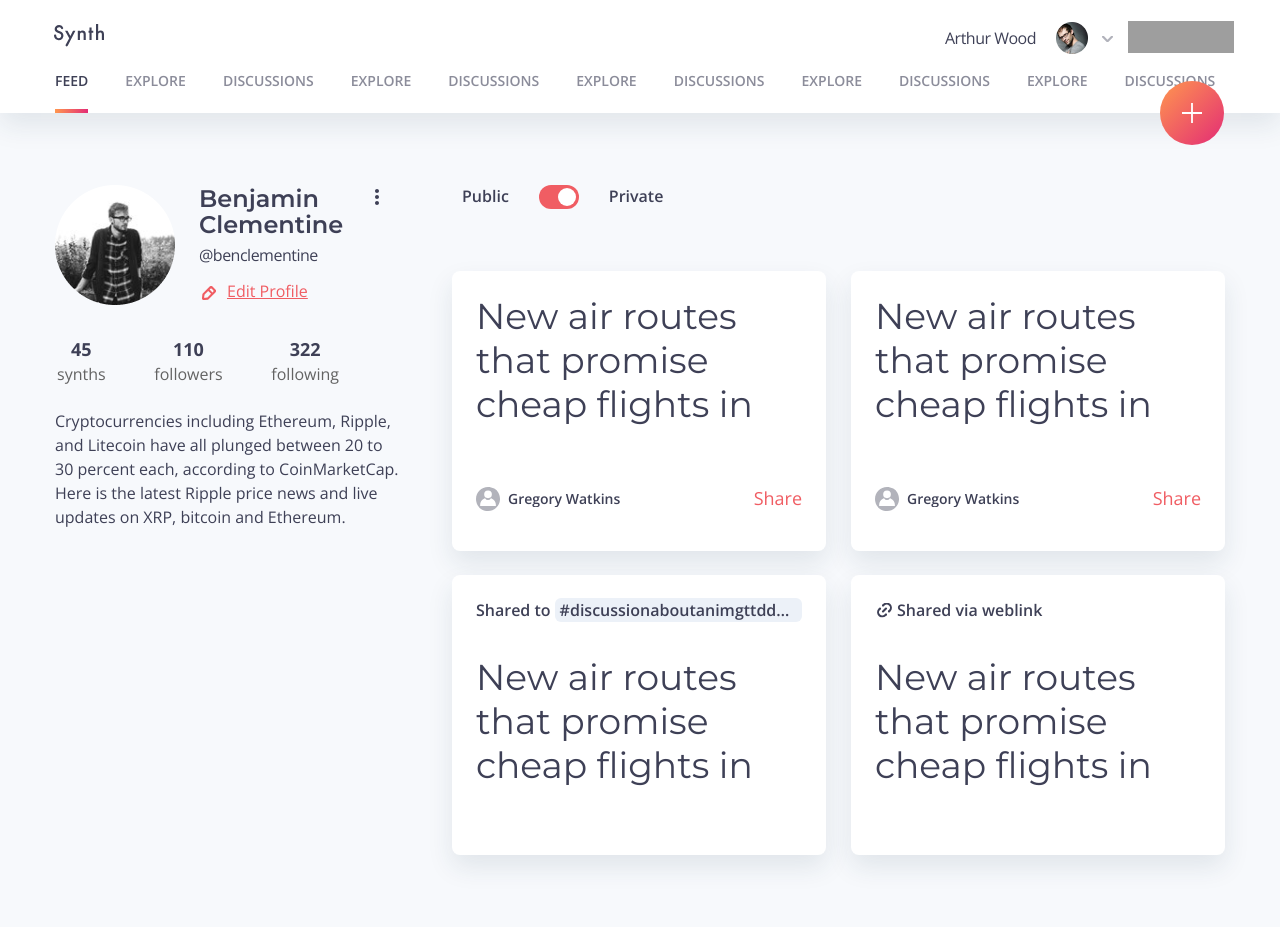
Repository: ecspetra/swivl-test-task
Page: index.html
An editor plug-in stored every save of this project. The page is shown before and after the next save, followed by the edit.
The browser window is 1280 px wide. The pictures show the whole page.
Pictures or frames that could not be fetched are drawn as grey boxes. The style sheet was rebuilt from its Sass, Less or Tailwind sources for each picture, by a compiler version that may differ from the author's.

Above is the page before, as saved 2021-12-11 11:10:08.

### index.html
<!DOCTYPE html>
<html lang="en">

<head>
    <meta charset="UTF-8">
    <meta http-equiv="X-UA-Compatible" content="IE=edge">
    <meta name="viewport" content="width=device-width, initial-scale=1.0">
    <link rel="stylesheet" href="css/style.css">
    <link rel="preconnect" href="https://fonts.googleapis.com">
    <link rel="preconnect" href="https://fonts.gstatic.com" crossorigin>
    <link
        href="https://fonts.googleapis.com/css2?family=Montserrat:wght@400;600&family=Open+Sans:wght@400;600;700&display=swap"
        rel="stylesheet">
    <script src="https://code.jquery.com/jquery-3.6.0.min.js"
        integrity="sha256-/xUj+3OJU5yExlq6GSYGSHk7tPXikynS7ogEvDej/m4=" crossorigin="anonymous"></script>
    <title>Synth User Profile</title>
</head>

<body>
    <header>
        <div class="header">
            <div class="header__logo-wrapper">
                <img class="header__logo" src="img/synth-logotype.svg" alt="synth-logotype">
            </div>
            <div class="header__profile">
                <div class="header__user">
                    <p class="header__username">Arthur Wood</p>
                    <div class="header__avatar-wrapper">
                        <img class="header__avatar" src="img/header-avatar.png" alt="avatar">
                    </div>
                </div>
                <div class="header__icons">
                    <div class="header__icon-wrapper">
                        <img class="header__notifications-icon" src="img/notifications.svg" alt="notifications">
                    </div>
                    <div class="header__icon-wrapper">
                        <img class="header__share-icon" src="img/share.svg" alt="share">
                    </div>
                    <div class="header__icon-wrapper">
                        <img class="header__medium-icon" src="img/medium.svg" alt="medium">
                    </div>
                </div>
            </div>
            <div class="header__btn-wrapper">
                <button class="header__btn">
                    <img class="header__plus-icon" src="img/plus-icon.svg" alt="plus-btn">
                </button>
            </div>
        </div>
        <div class="header__navigation-wrapper">
            <nav class="header__navigation">
                <ul class="navigation-list">
                    <li><a href="#" class="navigation-list__item navigation-list__item__active">Feed</a></li>
                    <li><a href="#" class="navigation-list__item">Explore</a></li>
                    <li><a href="#" class="navigation-list__item">Discussions</a></li>
                    <li><a href="#" class="navigation-list__item">Explore</a></li>
                    <li><a href="#" class="navigation-list__item">Discussions</a></li>
                    <li><a href="#" class="navigation-list__item">Explore</a></li>
                    <li><a href="#" class="navigation-list__item">Discussions</a></li>
                    <li><a href="#" class="navigation-list__item">Explore</a></li>
                    <li><a href="#" class="navigation-list__item">Discussions</a></li>
                    <li><a href="#" class="navigation-list__item">Explore</a></li>
                    <li><a href="#" class="navigation-list__item">Discussions</a></li>
                </ul>
            </nav>
        </div>
    </header>
    <main>
        <section>
            <div class="profile">
                <div class="profile__user-details">
                    <div class="profile__general">
                        <div class="profile__avatar-wrapper">
                            <img class="profile__avatar" src="img/profile-avatar.png" alt="avatar">
                        </div>
                        <div class="profile__name-wrapper">
                            <h2 class="profile__name">Benjamin Clementine</h2>
                            <div class="profile__dots-wrapper">
                                <img class="profile__dots" src="img/dots.svg" alt="show-actions">
                                <div class="profile__dots-content-wrapper">
                                    <div class="profile__dots-content">
                                        <ul class="profile__dots-options-list">
                                            <li class="profile__dots-option-wrapper"><a class="profile__dots-option"
                                                    id="report-user" href="#">Report User</a></li>
                                            <li class="profile__dots-option-wrapper"><a class="profile__dots-option"
                                                    id="block-user" href="#">Block User</a></li>
                                        </ul>
                                    </div>
                                </div>

                            </div>
                        </div>
                        <p class="profile__instagram">@benclementine</p>
                        <div class="profile__edit-btn-wrapper">
                            <a class="profile__edit-btn" href="#">Edit Profile</a>
                        </div>
                    </div>
                    <div class="profile__statistics">
                        <p class="profile__synths"><span>45</span><br>synths</p>
                        <p class="profile__followers"><span>110</span><br>followers</p>
                        <p class="profile__following"><span>322</span><br>following</p>
                    </div>
                    <p class="profile__description">Cryptocurrencies including Ethereum, Ripple, and Litecoin have all
                        plunged between 20 to 30 percent each, according to CoinMarketCap. Here is the latest Ripple
                        price news and live updates on XRP, bitcoin and Ethereum.</p>
                </div>
                <div class="profile__switcher-wrapper">
                    <div class="profile__switcher">
                        <p class="profile__switcher-option off-option">Public</p>
                        <div class="switcher">
                            <label class="switcher__label">
                                <input class="switcher__checkbox" type="checkbox" checked>
                                <span class="switcher__slider"></span>
                            </label>
                        </div>
                        <p class="profile__switcher-option on-option">Private</p>
                    </div>
                </div>
                <div class="profile__cards-wrapper">
                    <article class="profile-card">
                        <h1 class="profile-card__headline">New air routes that promise cheap flights in</h1>
                        <div class="profile-card__bottom">
                            <div class="profile-card__author-wrapper">
                                <div class="profile-card__author-photo">
                                    <img class="profile-card__author" src="img/user-default.svg" alt="author">
                                </div>
                                <a class="profile-card__author-name" href="#">Gregory Watkins</a>
                            </div>
                            <div class="profile-card__actions-wrapper">
                                <div class="profile-card__share-wrapper">
                                    <a class="profile-card__share-link" href="#">Share</a>
                                </div>
                            </div>
                        </div>
                    </article>
                    <article class="profile-card">
                        <h1 class="profile-card__headline">New air routes that promise cheap flights in</h1>
                        <div class="profile-card__bottom">
                            <div class="profile-card__author-wrapper">
                                <div class="profile-card__author-photo">
                                    <img class="profile-card__author" src="img/user-default.svg" alt="author">
                                </div>
                                <a class="profile-card__author-name" href="#">Gregory Watkins</a>
                            </div>
                            <div class="profile-card__actions-wrapper">
                                <div class="profile-card__share-wrapper">
                                    <a class="profile-card__share-link" href="#">Share</a>
                                </div>
                            </div>
                        </div>
                    </article>
                    <article class="profile-card">
                        <p class="profile-card__top">Shared to <span>#discussionaboutanimgttddddddd</span></p>
                        <h1 class="profile-card__headline">New air routes that promise cheap flights in</h1>
                        <!-- <div class="profile-card__bottom">
                            <div class="profile-card__author-wrapper">
                                <div class="profile-card__author-photo">
                                    <img class="profile-card__author" src="img/user-default.svg" alt="author">
                                </div>
                                <a class="profile-card__author-name" href="#">Gregory Watkins</a>
                            </div>
                            <div class="profile-card__actions-wrapper">
                                <div class="profile-card__icon-wrapper">
                                    <img class="profile-card__icon" src="img/icon_view.svg" alt="view-icon">
                                    <p class="profile-card__icon-counter">88</p>
                                </div>
                                <div class="profile-card__icon-wrapper">
                                    <img class="profile-card__icon" src="img/icon-like.svg" alt="like-icon">
                                    <p class="profile-card__icon-counter">24</p>
                                </div>
                            </div>
                        </div> -->
                    </article>
                    <article class="profile-card">
                        <p class="profile-card__top weblink-shared">Shared via weblink</p>
                        <h1 class="profile-card__headline">New air routes that promise cheap flights in</h1>
                        <!-- <div class="profile-card__bottom">
                            <div class="profile-card__author-wrapper">
                                <div class="profile-card__author-photo">
                                    <img class="profile-card__author" src="img/user-default.svg" alt="author">
                                </div>
                                <a class="profile-card__author-name" href="#">Gregory Watkins</a>
                            </div>
                            <div class="profile-card__actions-wrapper">
                                <div class="profile-card__icon-wrapper">
                                    <img class="profile-card__icon" src="img/icon_view.svg" alt="view-icon">
                                    <p class="profile-card__icon-counter">88</p>
                                </div>
                                <div class="profile-card__icon-wrapper">
                                    <img class="profile-card__icon" src="img/icon-like.svg" alt="like-icon">
                                    <p class="profile-card__icon-counter">24</p>
                                </div>
                            </div>
                        </div> -->
                    </article>
                </div>
            </div>
        </section>
    </main>

    <script src="js/script.js"></script>
</body>

</html>

Loaded but not shown: js/script.js (13 lines, source omitted); scss/style.scss (864 lines, source omitted)

After the next save:
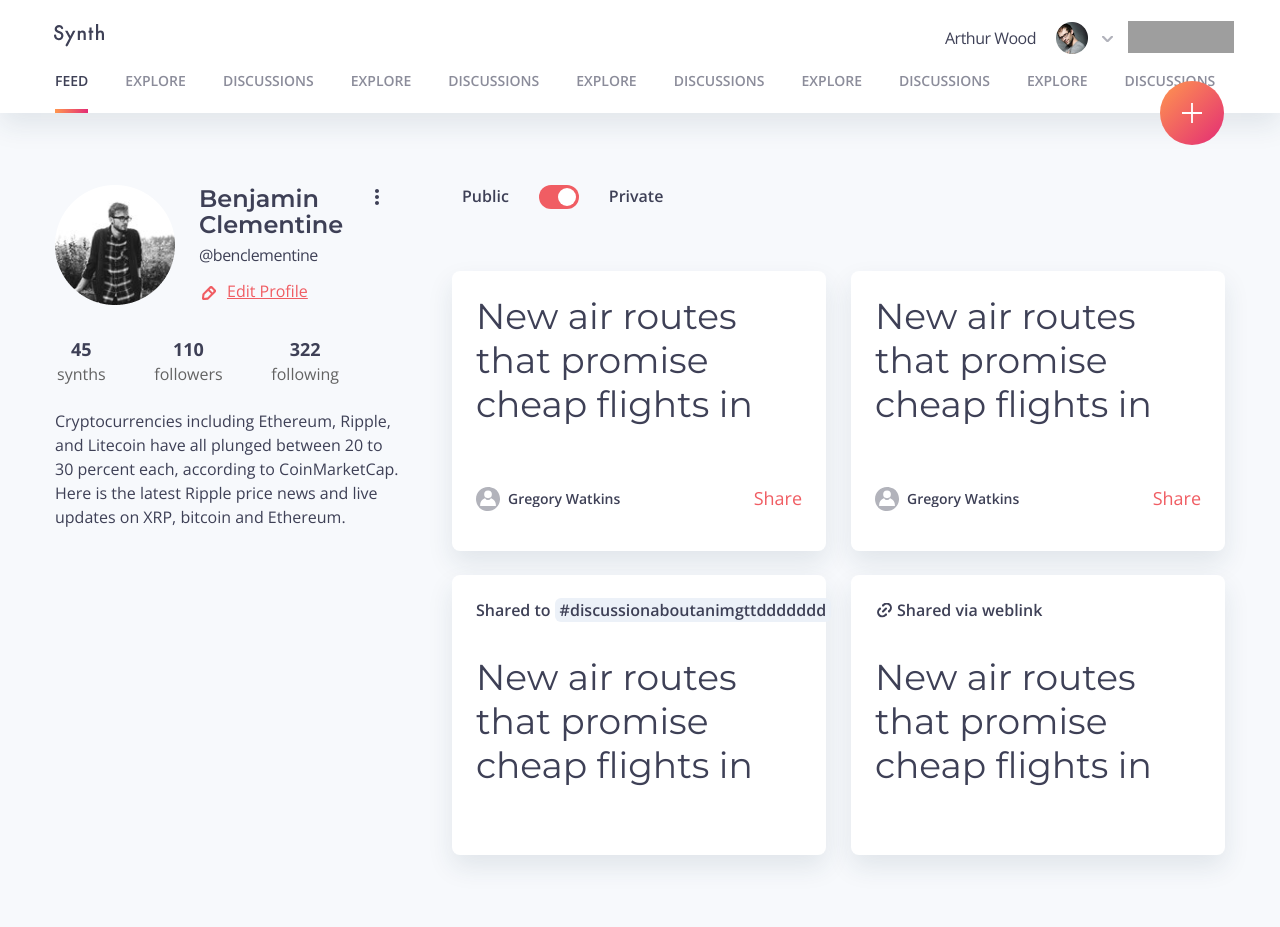
Saved 66 s later.
--- a/index.html
+++ b/index.html
@@ -150,7 +150,10 @@
                         </div>
                     </article>
                     <article class="profile-card">
-                        <p class="profile-card__top">Shared to <span>#discussionaboutanimgttddddddd</span></p>
+                        <div>
+                            <p class="profile-card__top">Shared to <span>#discussionaboutanimgttddddddd</span></p>
+                        </div>
+
                         <h1 class="profile-card__headline">New air routes that promise cheap flights in</h1>
                         <!-- <div class="profile-card__bottom">
                             <div class="profile-card__author-wrapper">

After the 2 saves that followed:
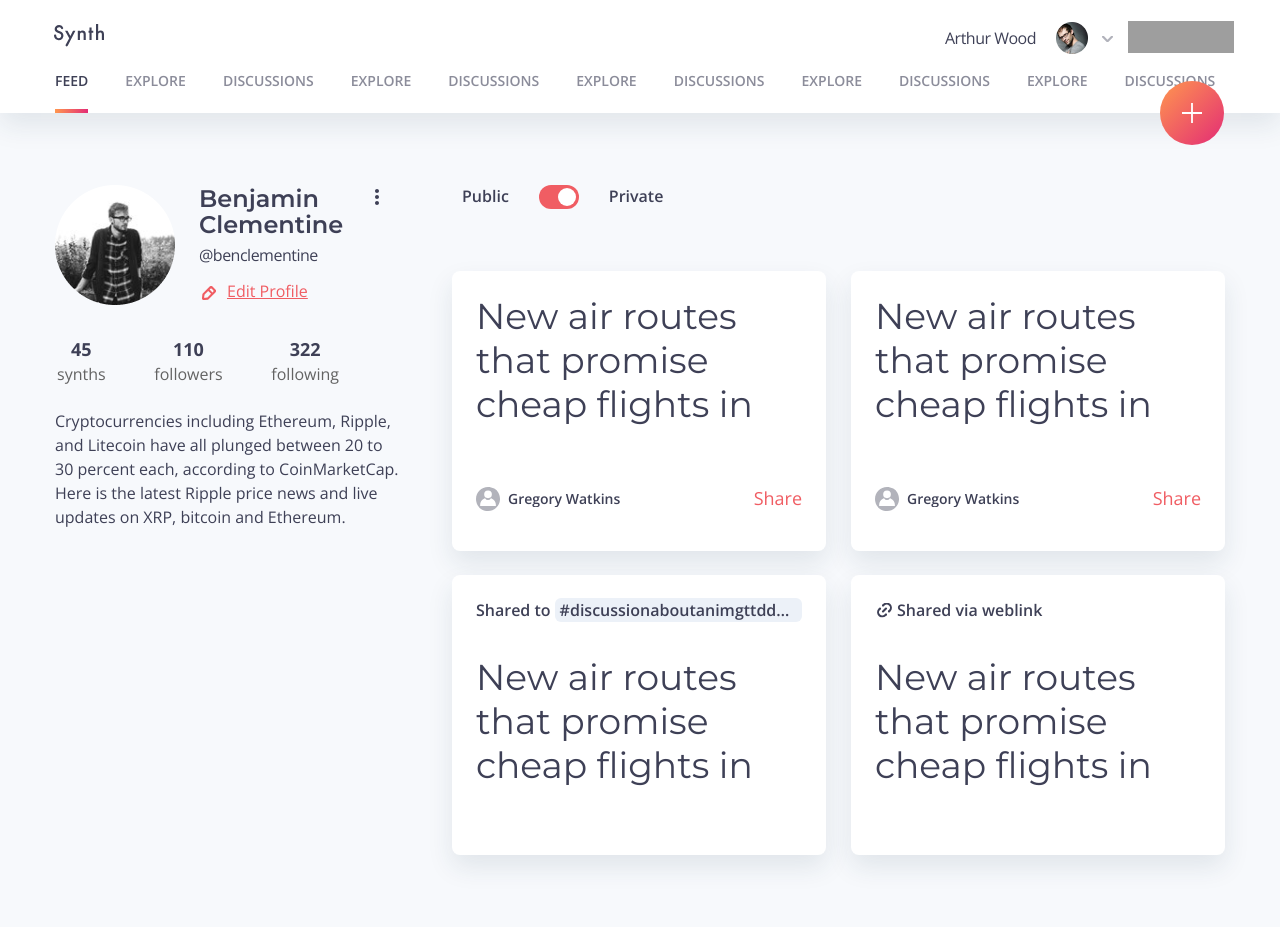
The 2 saves are shown as one change because 1 left the picture as it was.
The last was saved 110 s later.
--- a/index.html
+++ b/index.html
@@ -150,10 +150,7 @@
                         </div>
                     </article>
                     <article class="profile-card">
-                        <div>
-                            <p class="profile-card__top">Shared to <span>#discussionaboutanimgttddddddd</span></p>
-                        </div>
-
+                        <p class="profile-card__top">Shared to <span>#discussionaboutanimgttddddddd</span></p>
                         <h1 class="profile-card__headline">New air routes that promise cheap flights in</h1>
                         <!-- <div class="profile-card__bottom">
                             <div class="profile-card__author-wrapper">
